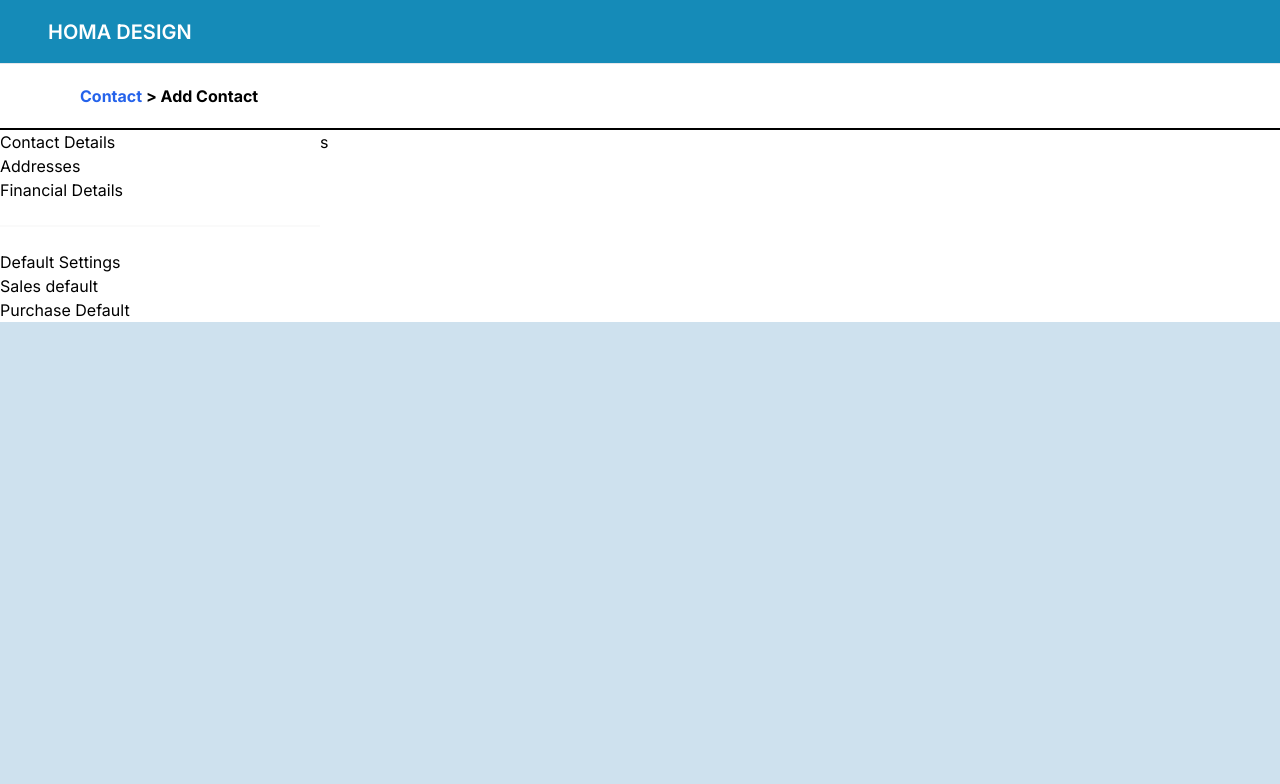
Repository: khairul35/homa-FE
Page: /contact, after clicking the first element matching `button.ml-5`
These files come from the project's save history. The page is drawn as it stood at one moment and after the next save; the edit follows.
The browser window is 1280 px wide. The pictures show the whole page.
The project was rebuilt for these pictures with package versions that can differ from the ones it lists, and the page was loaded fresh each time. The framework's server and built-in components were replaced by stand-ins that run in the browser. Also part of the build but not shown: next.config.js, app/components/layout/header/BusinessMenu.tsx, app/components/layout/header/CompanyMenu.tsx.

Above is the page before, as saved 2024-01-06 11:17:00.

After the next save:
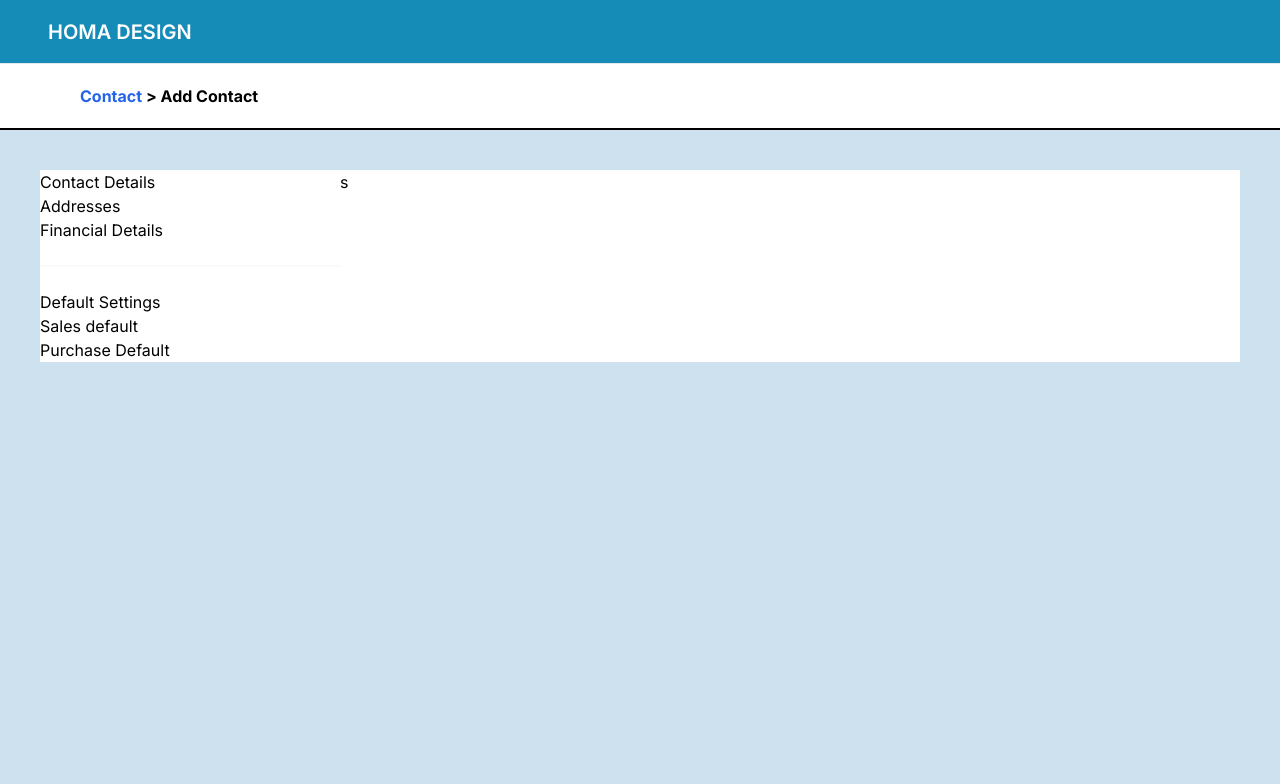
Saved 16 s later.
--- a/app/contact/form/index.component.tsx
+++ b/app/contact/form/index.component.tsx
@@ -15,7 +15,7 @@ const Component = (props: ComponentProps) => {
                     &nbsp;&gt; Add Contact
                 </h1>
             </div>
-            <div className="flex flex-col md:flex-row bg-white p-30">
+            <div className="flex flex-col md:flex-row bg-white m-10">
                 <div className="md:w-1/4 md:order-1">
                     <div>
                         Contact Details
